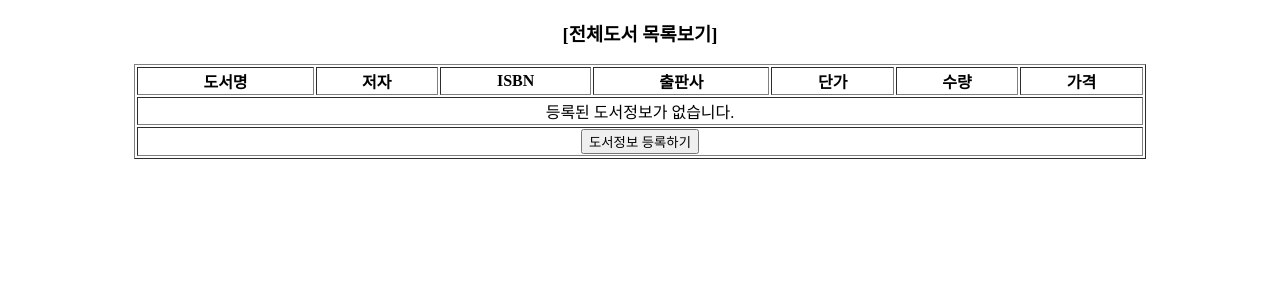
Repository: youngmoon525/Jsp_Servlet
Page: http://localhost/05.TestJSP/getAllList.jsp
These files come from the project's save history. The page is drawn as it stood at one moment and after the next save; the edit follows.
The browser window is 1280 px wide. The pictures show the whole page.
The page is served by Tomcat 9. Queries for data that is not in the repository find no rows.

Above is the page before, as saved 2021-09-13 02:58:57.

After the next save:
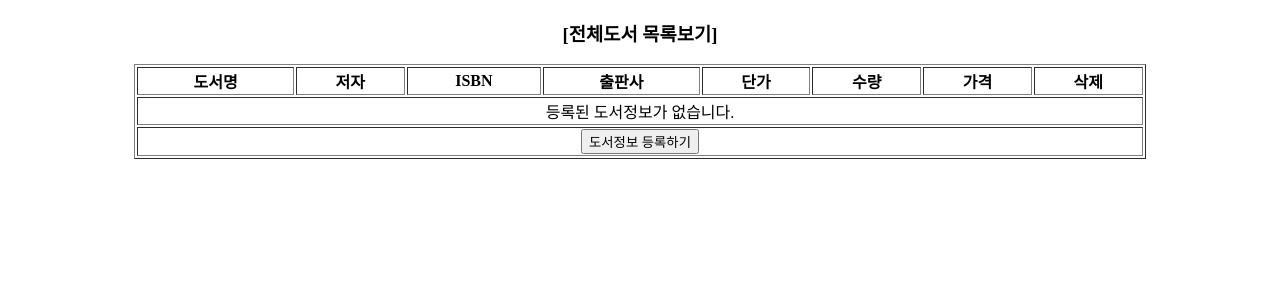
Saved 119 s later.
--- a/workspace/05.TestJSP/WebContent/getAllList.jsp
+++ b/workspace/05.TestJSP/WebContent/getAllList.jsp
@@ -26,11 +26,12 @@ pageContext.setAttribute("list", list);
 		<th>단가</th>
 		<th>수량</th>
 		<th>가격</th>
+		<th>삭제</th>
 	</tr>
 
 	<c:if test="${empty list}">
 		<tr>
-			<td colspan="7" align="center">등록된 도서정보가 없습니다.</td>
+			<td colspan="8" align="center">등록된 도서정보가 없습니다.</td>
 		</tr>
 	</c:if>
 
@@ -44,12 +45,13 @@ pageContext.setAttribute("list", list);
 				<td>${i.cost}</td>
 				<td>${i.qty}</td>
 				<td>${i.price}</td>
+				<td><input type="button" value="삭제" onclick="fnDelete('${i.isbn}')"/></td>
 			</tr>
 		</c:forEach>
 	</c:if>
 
 	<tr>
-		<td colspan="7" align="center">
+		<td colspan="8" align="center">
 			<input type="button" value="도서정보 등록하기" onclick="location.href='bookMain.html'"/>
 		</td>
 	</tr>
